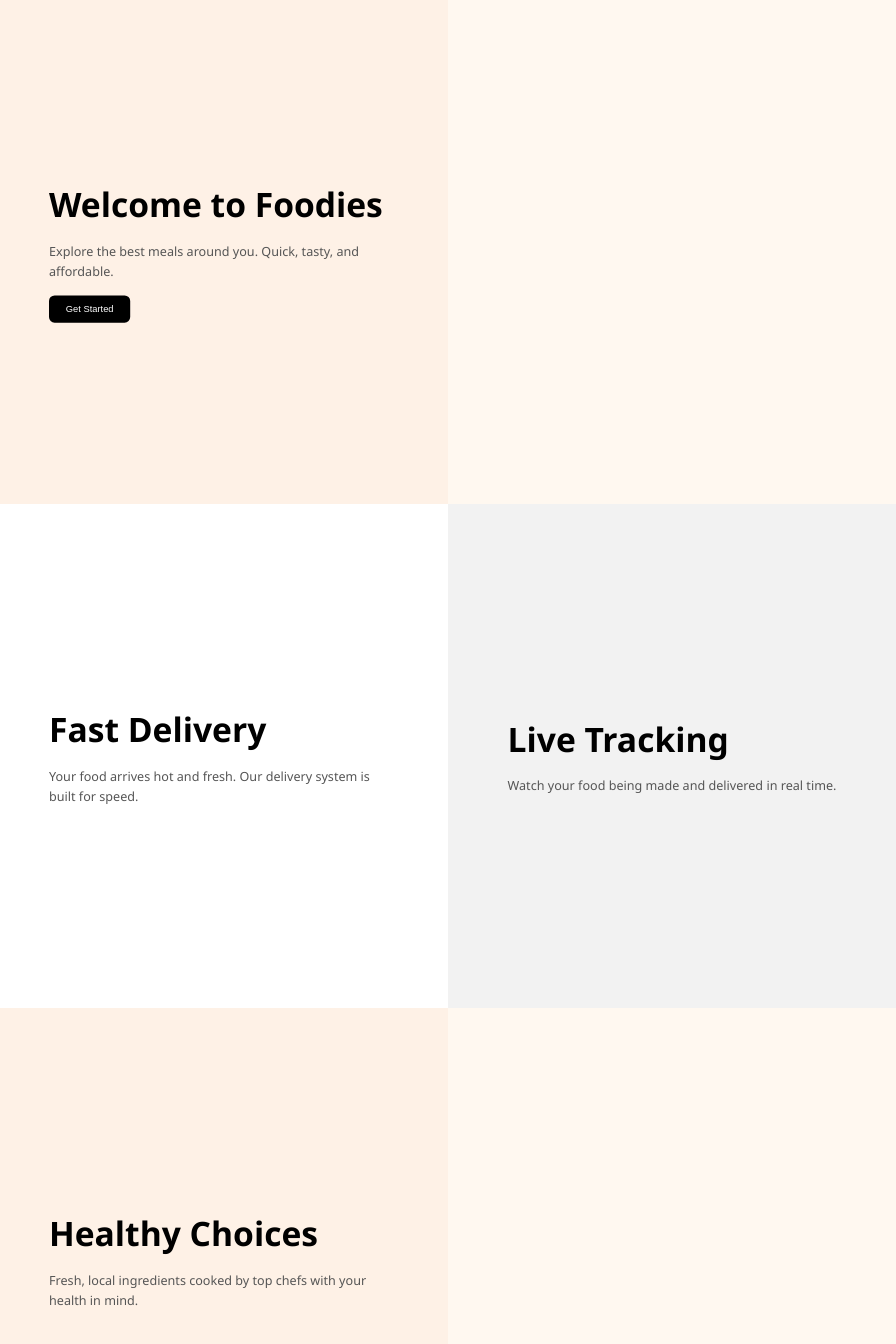
Repository: Rupeswarbhainsa777/Food-Web-App
Page: TapFoodApp/src/main/webapp/landing.html
These files come from the project's save history. The page is drawn as it stood at one moment and after the next save; the edit follows.
The browser window is 1280 px wide. The pictures show the part of the page from y = 0 to 1920 px (the page is 2880 px tall), at 70% of full size.

Above is the page before, as saved 2025-05-01 18:43:46.

After the next save:
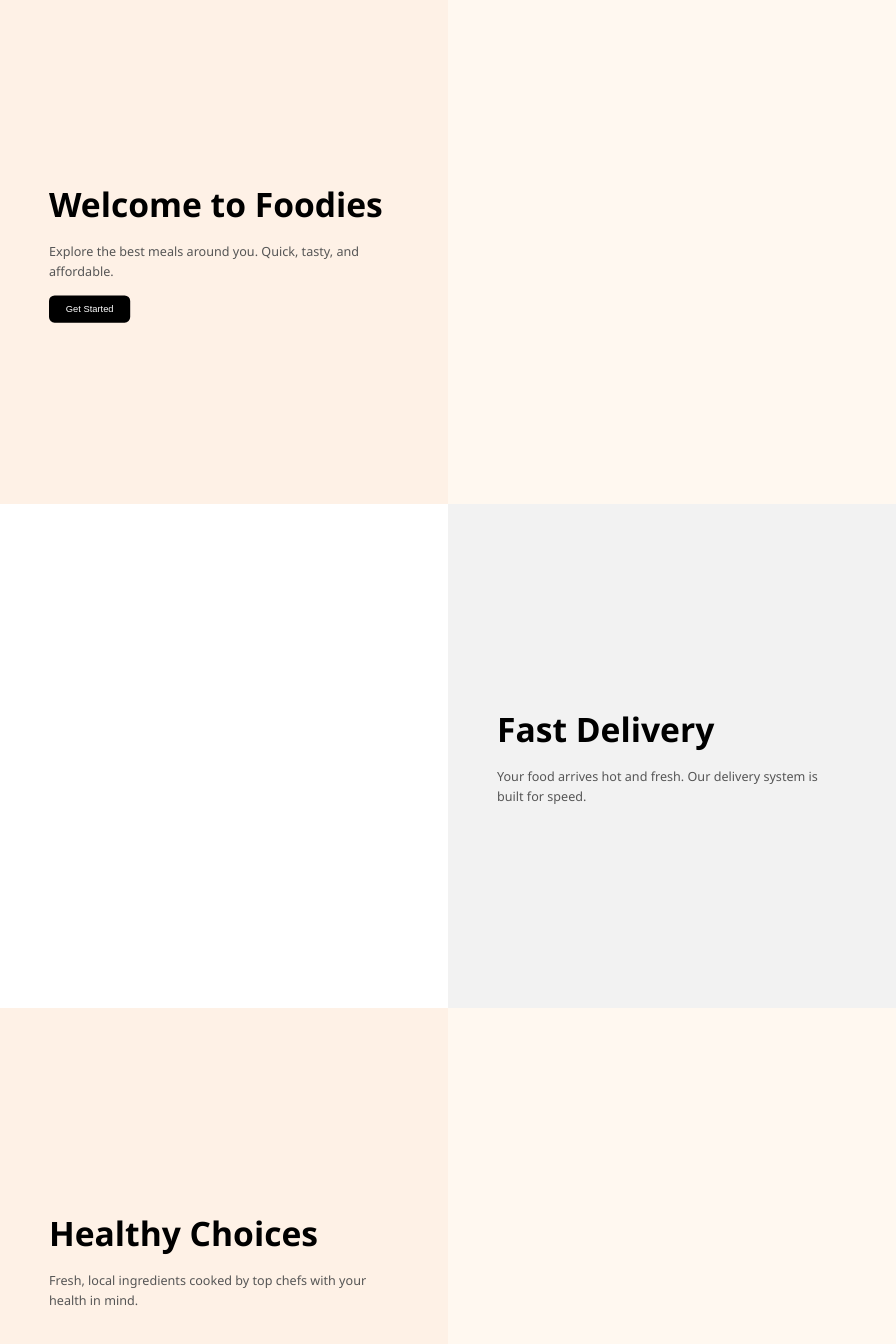
Saved 39 s later.
--- a/TapFoodApp/src/main/webapp/landing.html
+++ b/TapFoodApp/src/main/webapp/landing.html
@@ -132,14 +132,14 @@
   <section class="section">
     <div class="left">
       <div class="content">
-        <h1>Fast Delivery</h1>
+        <h1></h1>
+        <p></p>
+      </div>
+    </div>
+    <div class="right">
+      <div class="content">
+       <h1>Fast Delivery</h1>
         <p>Your food arrives hot and fresh. Our delivery system is built for speed.</p>
-      </div>
-    </div>
-    <div class="right">
-      <div class="content">
-        <h1>Live Tracking</h1>
-        <p>Watch your food being made and delivered in real time.</p>
       </div>
     </div>
   </section>
